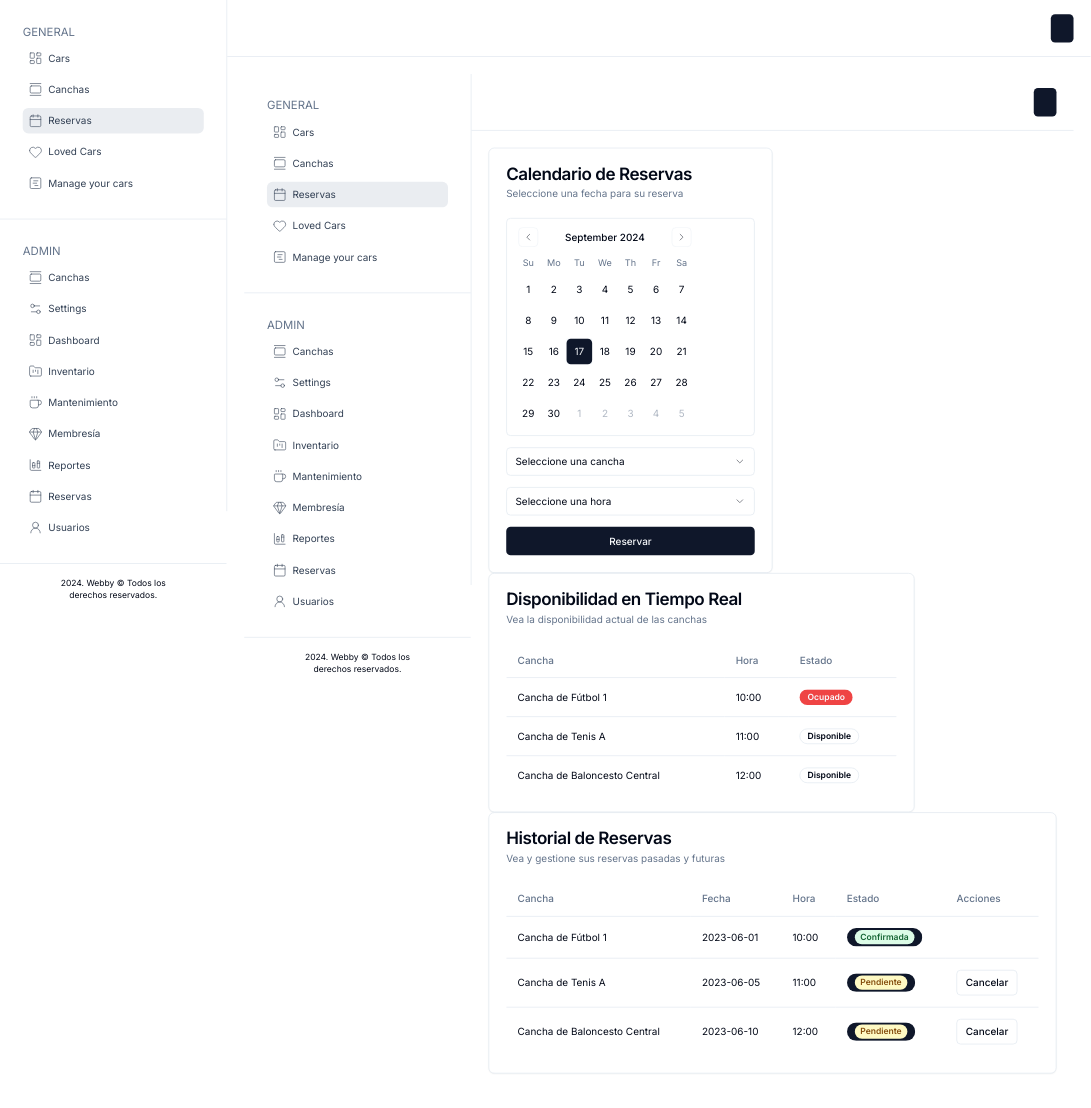
Repository: Jackson-sch/cdeporte
Page: /reservas
The author's editor kept a copy of each file at every save. The page is drawn from the files as they stood at one save, then again after a run of saves.
The browser window is 1280 px wide. The page is 1536 px wide, so the pictures cover 1536 px, including what lies to the right of the window. The pictures show the whole page, at 71% of full size.
The project was rebuilt for these pictures with package versions that can differ from the ones it lists, and the page was loaded fresh each time. The framework's server and built-in components were replaced by stand-ins that run in the browser. Also part of the build but not shown: next.config.mjs, src/components/ui/label.jsx, src/components/ui/input.jsx, src/components/Reservas/HistorialReserva.jsx.

Above is the page before, as saved 2024-09-17 19:58:37.

After the next 2 saves:
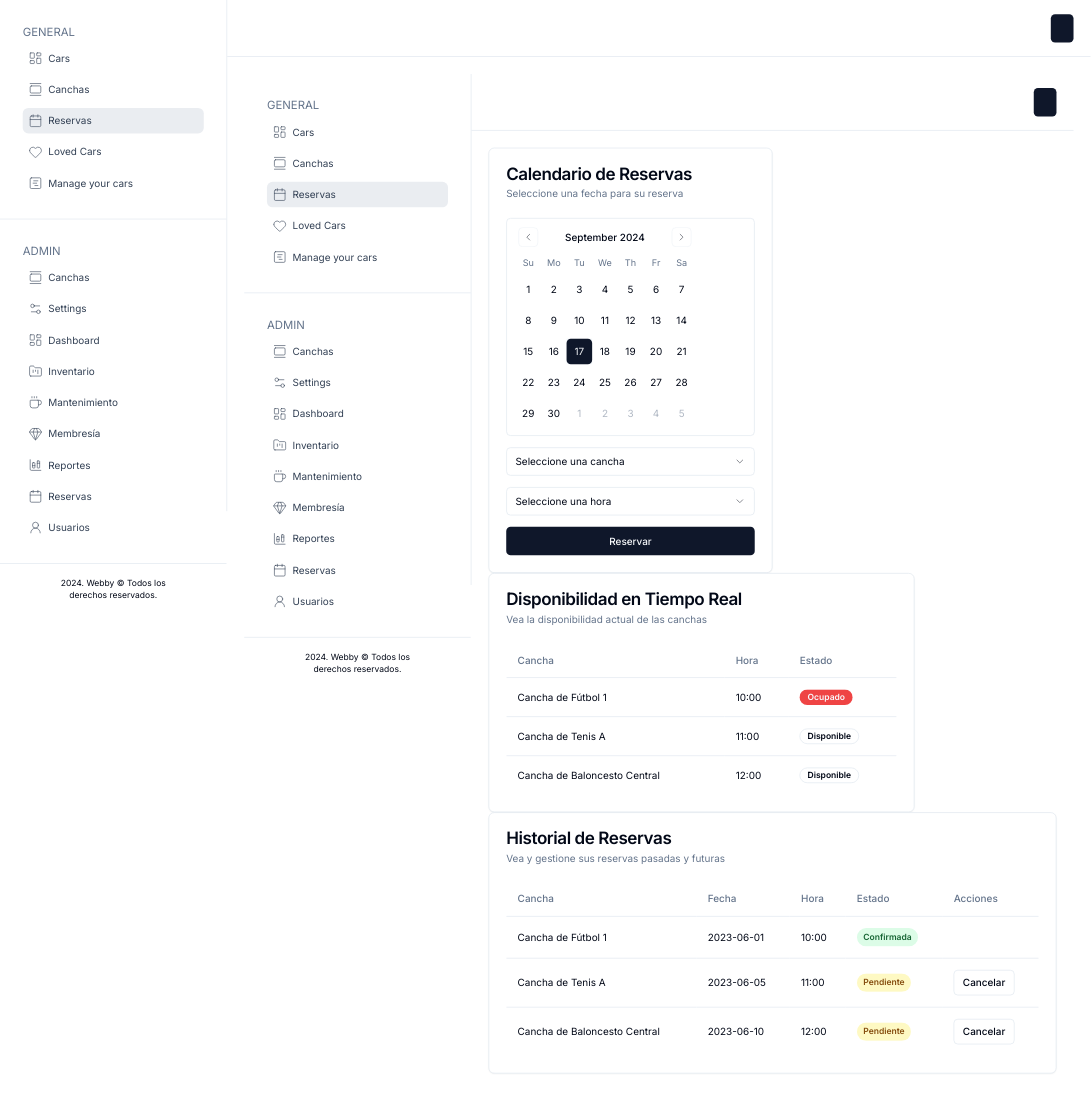
The 2 saves are shown as one change because they came seconds apart.
The last was saved 12 s later.
--- a/src/components/Reservas/ReservationHistory.jsx
+++ b/src/components/Reservas/ReservationHistory.jsx
@@ -90,8 +90,7 @@ export default function ReservationHistory() {
                 <TableCell>{reservation.date}</TableCell>
                 <TableCell>{reservation.time}</TableCell>
                 <TableCell>
-                  <Badge>
-                    <span
+                  <Badge
                     className={`px-2 inline-flex text-xs leading-5 font-semibold rounded-full
                     ${
                       reservation.status === "Confirmada"
@@ -102,7 +101,6 @@ export default function ReservationHistory() {
                     }`}
                   >
                     {reservation.status}
-                  </span>
                   </Badge>
 
                 </TableCell>
